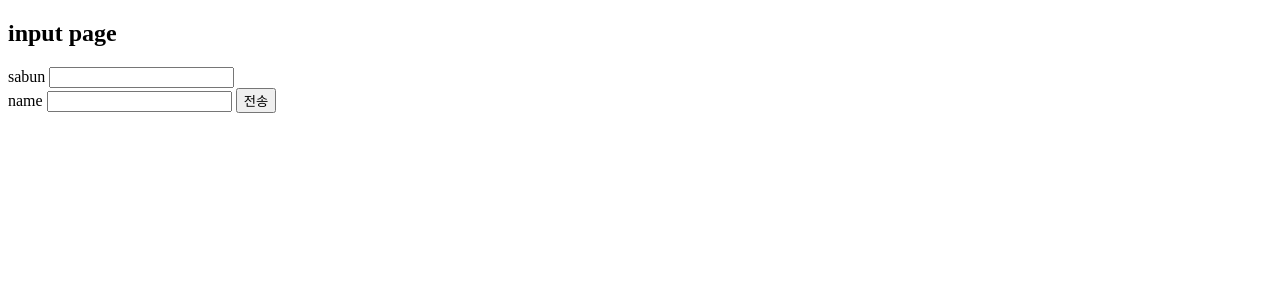
Repository: Lee-seongBeom/Bitframe
Page: http://localhost/struts03/input.jsp
These files come from the project's save history. The page is drawn as it stood at one moment and after the next save; the edit follows.
The browser window is 1280 px wide. The pictures show the whole page.
The page is served by Tomcat 9. Nobody is signed in. The application's start-up code is not run.

Above is the page before, as saved 2020-09-01 07:30:36.

After the next save:
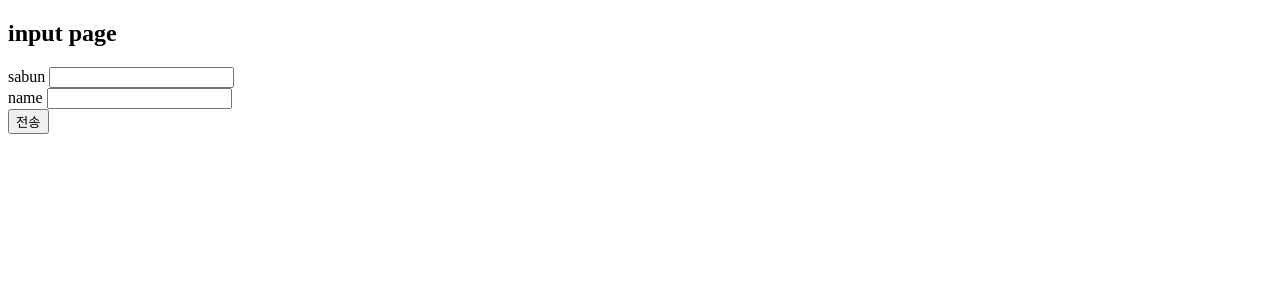
Saved 56 s later.
--- a/struts03/webapp/input.jsp
+++ b/struts03/webapp/input.jsp
@@ -10,7 +10,7 @@
 	<h2>input page</h2>
 	<form action="result.bit">
 		sabun <input type="text" name="sabun" /><br/>
-		name <input type="text" name="name"/>
+		name <input type="text" name="name"/><br/>
 		<button>전송</button>
 	</form>
 
